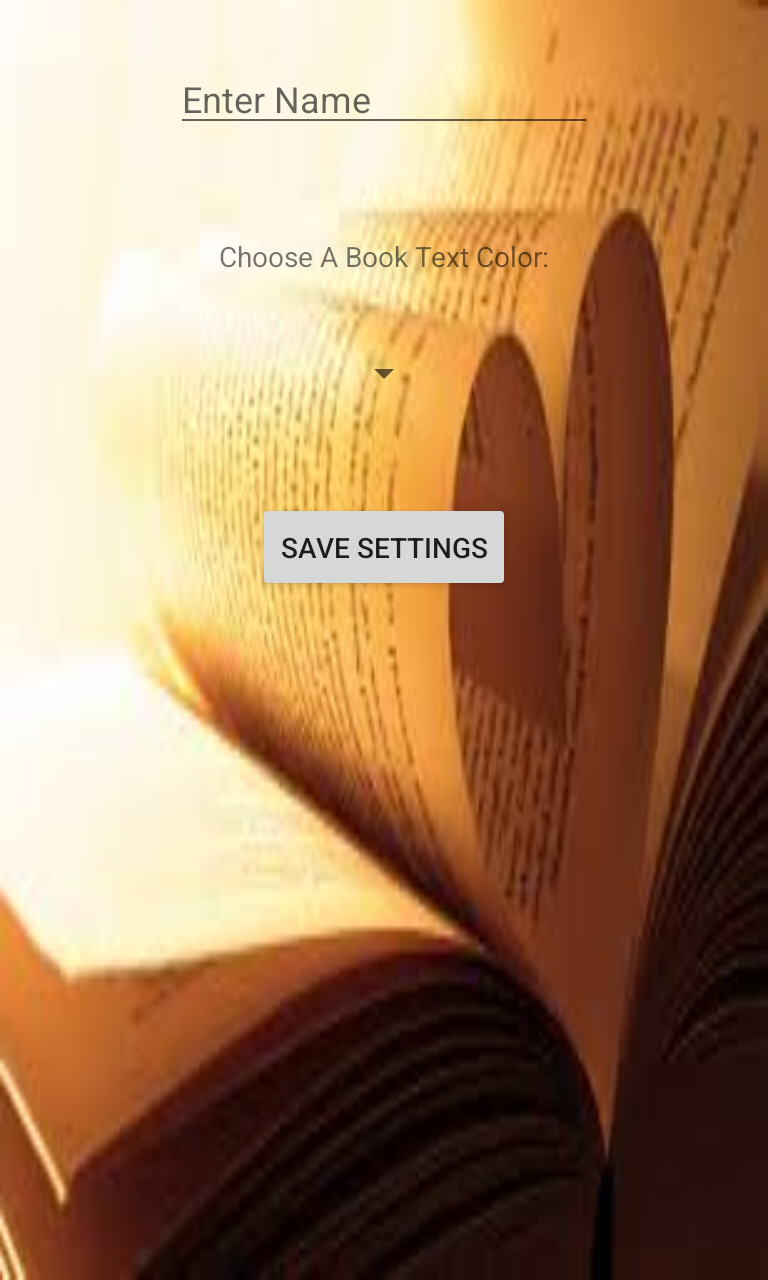
Repository: arianaantonio/MDF3_Antonio
Layout: Readable/res/layout/activity_main.xml
These files come from the project's save history. The layout is drawn as it stood at one moment and after the next save; the edit follows.
It is drawn on a 768 x 1280 px phone screen (xhdpi) without system bars, with theme AppTheme; the app's code is not run. The app's manifest (not shown) leaves right-to-left support off. So textAlignment, textDirection and layoutDirection are ignored, and left and right values win over start and end ones.

Above is the layout before, as saved 2014-08-21 03:16:52.

### Readable/res/layout/activity_main.xml
<RelativeLayout xmlns:android="http://schemas.android.com/apk/res/android"
    xmlns:tools="http://schemas.android.com/tools"
    android:layout_width="match_parent"
    android:layout_height="match_parent"
    tools:context="${relativePackage}.${activityClass}"
    android:background="@drawable/images1" >

    <Button
        android:id="@+id/button1"
        android:layout_width="wrap_content"
        android:layout_height="wrap_content"
        android:layout_below="@+id/spinner1"
        android:layout_centerHorizontal="true"
        android:layout_marginTop="51dp"
        android:text="@string/button" />

    <EditText
        android:id="@+id/editText1"
        android:layout_width="wrap_content"
        android:layout_height="wrap_content"
        android:layout_alignParentTop="true"
        android:layout_centerHorizontal="true"
        android:layout_marginTop="27dp"
        android:ems="10"
        android:hint="@string/name" />

    <TextView
        android:id="@+id/textView2"
        android:layout_width="wrap_content"
        android:layout_height="wrap_content"
        android:layout_below="@+id/editText1"
        android:layout_centerHorizontal="true"
        android:layout_marginTop="50dp"
        android:text="@string/backgroundColor" />

    <Spinner
        android:id="@+id/spinner1"
        android:layout_width="wrap_content"
        android:layout_height="wrap_content"
        android:layout_below="@+id/textView2"
        android:layout_centerHorizontal="true"
        android:layout_marginTop="37dp"
        android:gravity="center"
        android:textAlignment="center" />

</RelativeLayout>

### Readable/res/values/strings.xml
<?xml version="1.0" encoding="utf-8"?>
<resources>

    <string name="app_name">Readable</string>
    <string name="username">Enter Your Name:</string>
    <string name="nextBook">Next Book:</string>
    <color name="lavender">#50cba1e6</color>
    <string name="backgroundColor">Choose A Book Text Color:</string>
    <string name="button">Save Settings</string>
    <dimen name="widget_margin">8dp</dimen>
    <string name="widget_button">Book Details On Amazon</string>
    <string name="detailactivity">Book Details</string>
    <color name="black">#000000</color>
    <string name="name">Enter Name</string>
    <color name="lightgrey">#65D3D3D3</color>
    <color name="transparentBlack">#50000000</color>

</resources>

Loaded but not shown: Readable/res/values/styles.xml (common file); Readable/res/values-v11/styles.xml (common file); Readable/res/values-v14/styles.xml (common file)

After the next save:
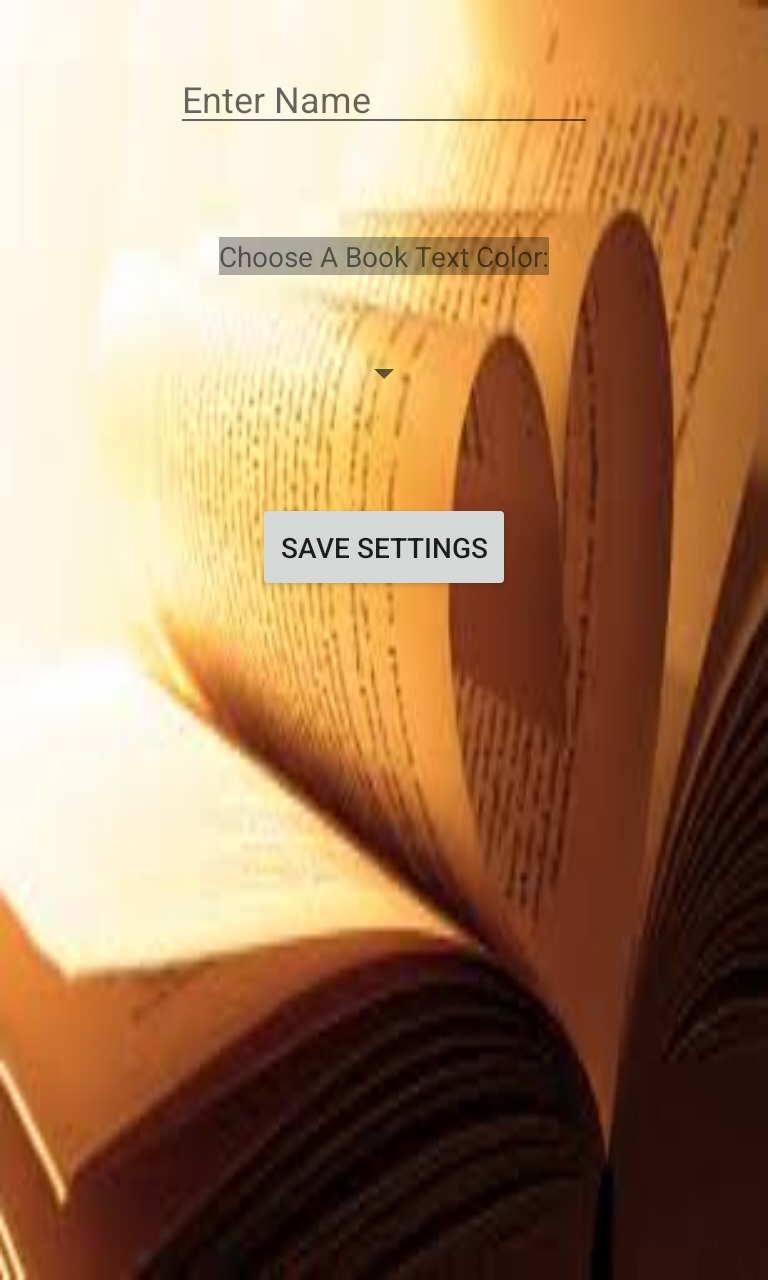
Saved 33 s later.
--- a/Readable/res/layout/activity_main.xml
+++ b/Readable/res/layout/activity_main.xml
@@ -31,6 +31,7 @@
         android:layout_below="@+id/editText1"
         android:layout_centerHorizontal="true"
         android:layout_marginTop="50dp"
+        android:background="@color/transparentBlack"
         android:text="@string/backgroundColor" />
 
     <Spinner
